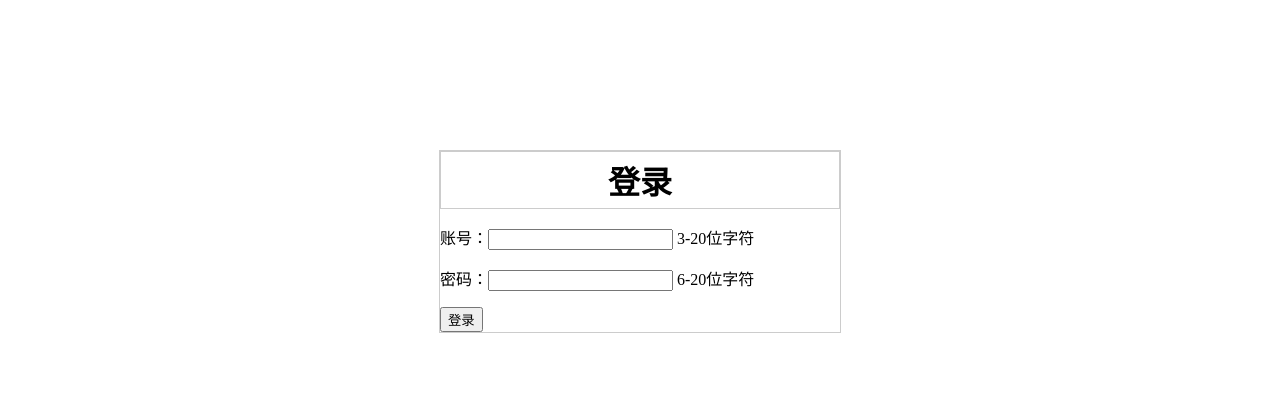
Repository: MasterKweng/workspace
Page: WebBasic/WebContent/day03 js/loginandout.html
An editor plug-in stored every save of this project. The page is shown before and after the next save, followed by the edit.
The browser window is 1280 px wide. The pictures show the whole page.

Above is the page before, as saved 2018-01-10 03:46:26.

After the next save:
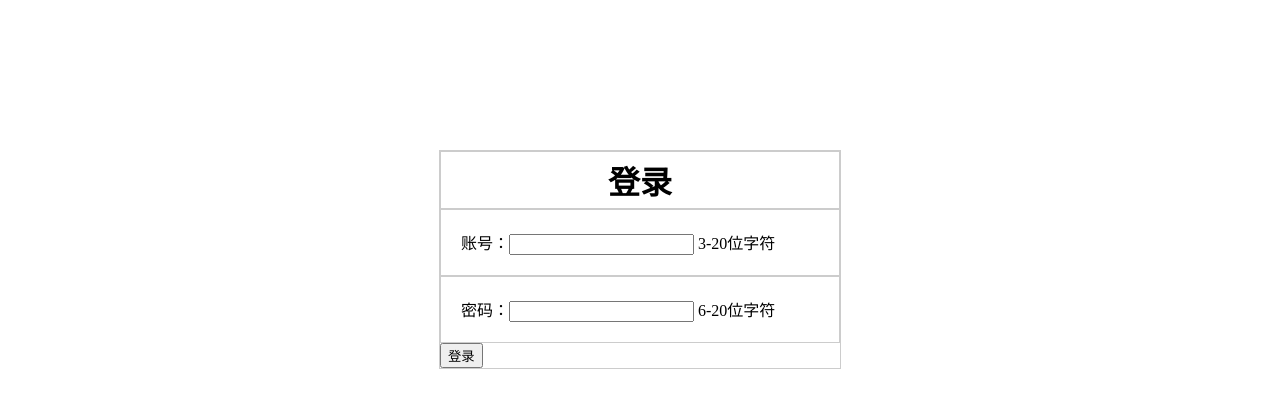
Saved 40 s later.
--- a/WebBasic/WebContent/day03 js/loginandout.html
+++ b/WebBasic/WebContent/day03 js/loginandout.html
@@ -13,6 +13,11 @@
 				text-align:center;
 				margin:0;
 				padding:5px;
+				border:1px solid #ccc;
+			}
+			p{
+				margin:0;
+				padding:20px;
 				border:1px solid #ccc;
 			}
 		</style>
